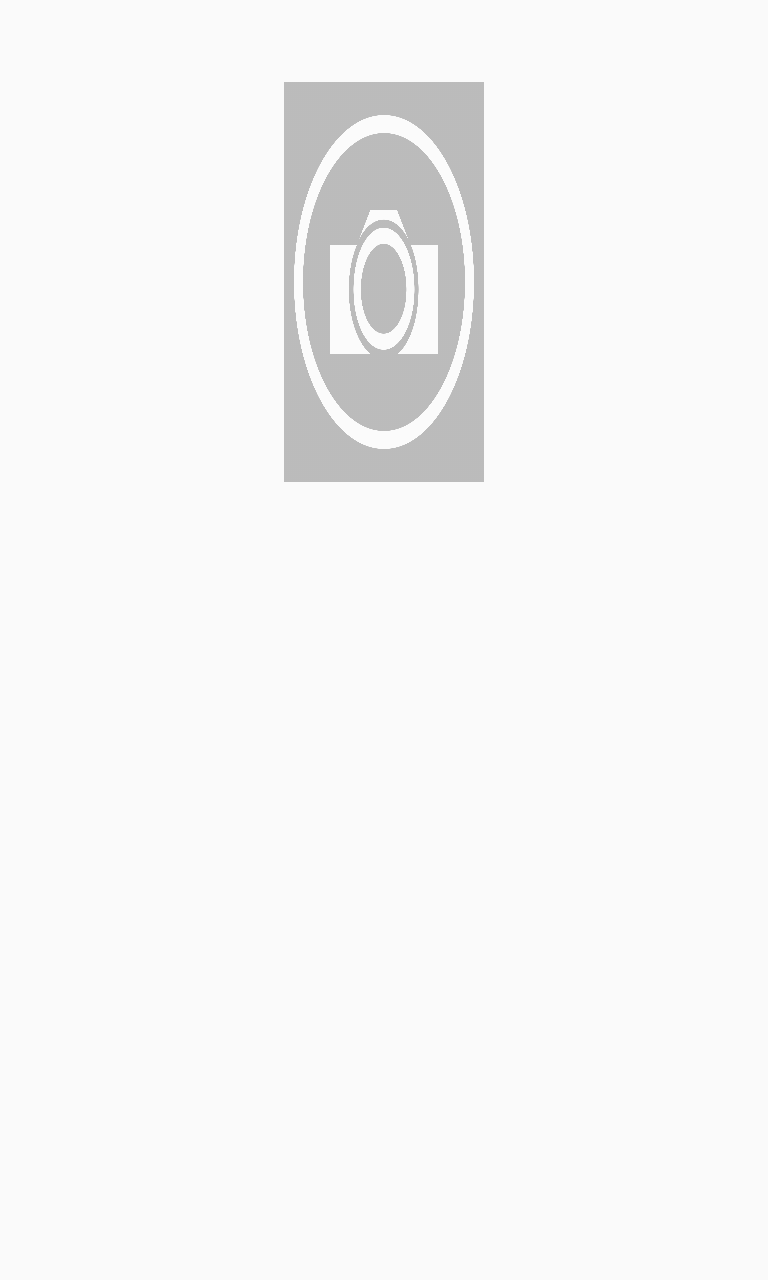
Repository: Sjaakja/hangman_app_studio
Layout: workspace/Hangman-TimeToSaveYourFriends/res/layout/fragment_my_condemned.xml
These files come from the project's save history. The layout is drawn as it stood at one moment and after the next save; the edit follows.
It is drawn on a 768 x 1280 px phone screen (xhdpi) without system bars, with theme AppTheme; the app's code is not run.

Above is the layout before, as saved 2014-06-11 09:57:07.

### workspace/Hangman-TimeToSaveYourFriends/res/layout/fragment_my_condemned.xml
<RelativeLayout xmlns:android="http://schemas.android.com/apk/res/android"
    xmlns:tools="http://schemas.android.com/tools"
    android:layout_width="match_parent"
    android:layout_height="match_parent"
    android:paddingBottom="@dimen/activity_vertical_margin"
    android:paddingLeft="@dimen/activity_horizontal_margin"
    android:paddingRight="@dimen/activity_horizontal_margin"
    android:paddingTop="@dimen/activity_vertical_margin"
    tools:context="com.example.hangman_timetosaveyourfriends.MyCondemned$PlaceholderFragment" >

    <ImageButton
        android:id="@+id/imageButton1"
        android:layout_width="100dp"
        android:layout_height="200dp"
        android:layout_centerHorizontal="true"
        android:layout_marginTop="25dp"
        android:background="@drawable/camera_icon" />

</RelativeLayout>

Loaded but not shown: workspace/Hangman-TimeToSaveYourFriends/res/values/styles.xml (common file); workspace/Hangman-TimeToSaveYourFriends/res/values-v11/styles.xml (common file); workspace/Hangman-TimeToSaveYourFriends/res/values-v14/styles.xml (common file); workspace/Hangman-TimeToSaveYourFriends/res/values/dimens.xml (common file); workspace/Hangman-TimeToSaveYourFriends/res/values-w820dp/dimens.xml (common file)

After the next save:
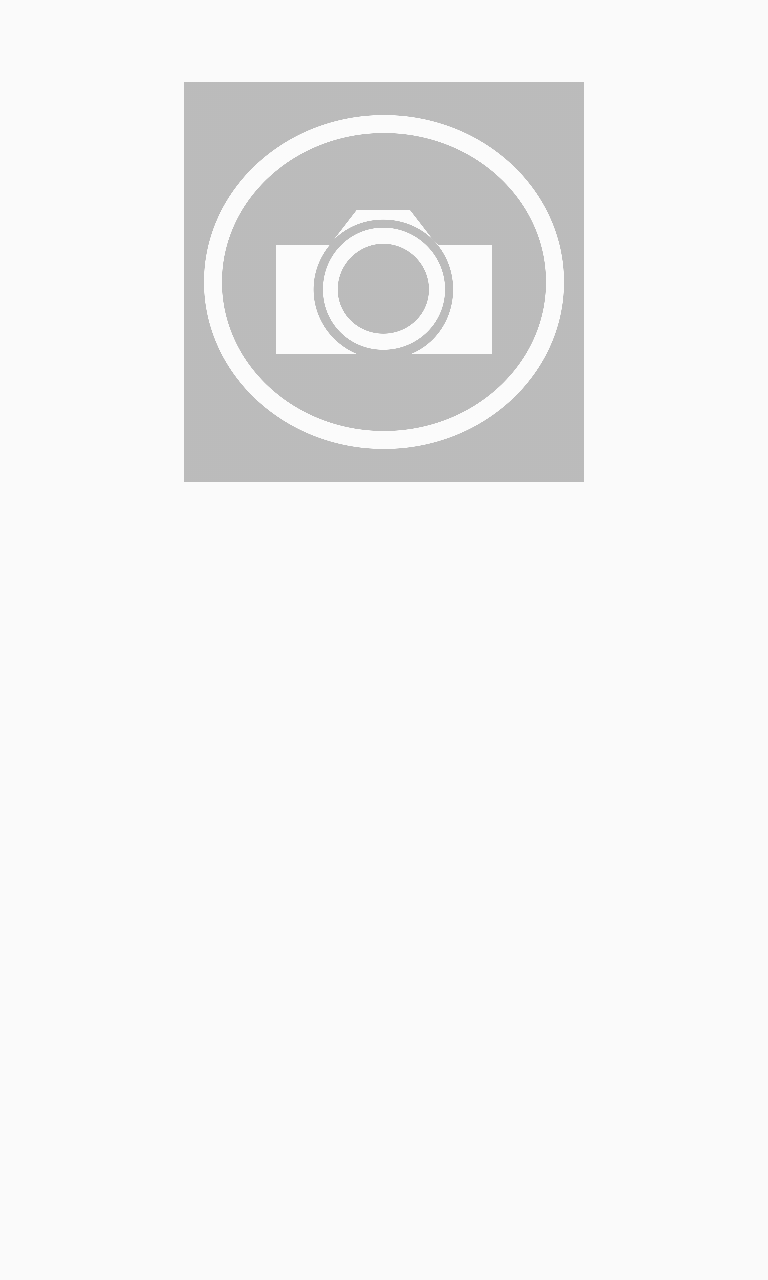
Saved 7 s later.
--- a/workspace/Hangman-TimeToSaveYourFriends/res/layout/fragment_my_condemned.xml
+++ b/workspace/Hangman-TimeToSaveYourFriends/res/layout/fragment_my_condemned.xml
@@ -10,7 +10,7 @@
 
     <ImageButton
         android:id="@+id/imageButton1"
-        android:layout_width="100dp"
+        android:layout_width="200dp"
         android:layout_height="200dp"
         android:layout_centerHorizontal="true"
         android:layout_marginTop="25dp"
